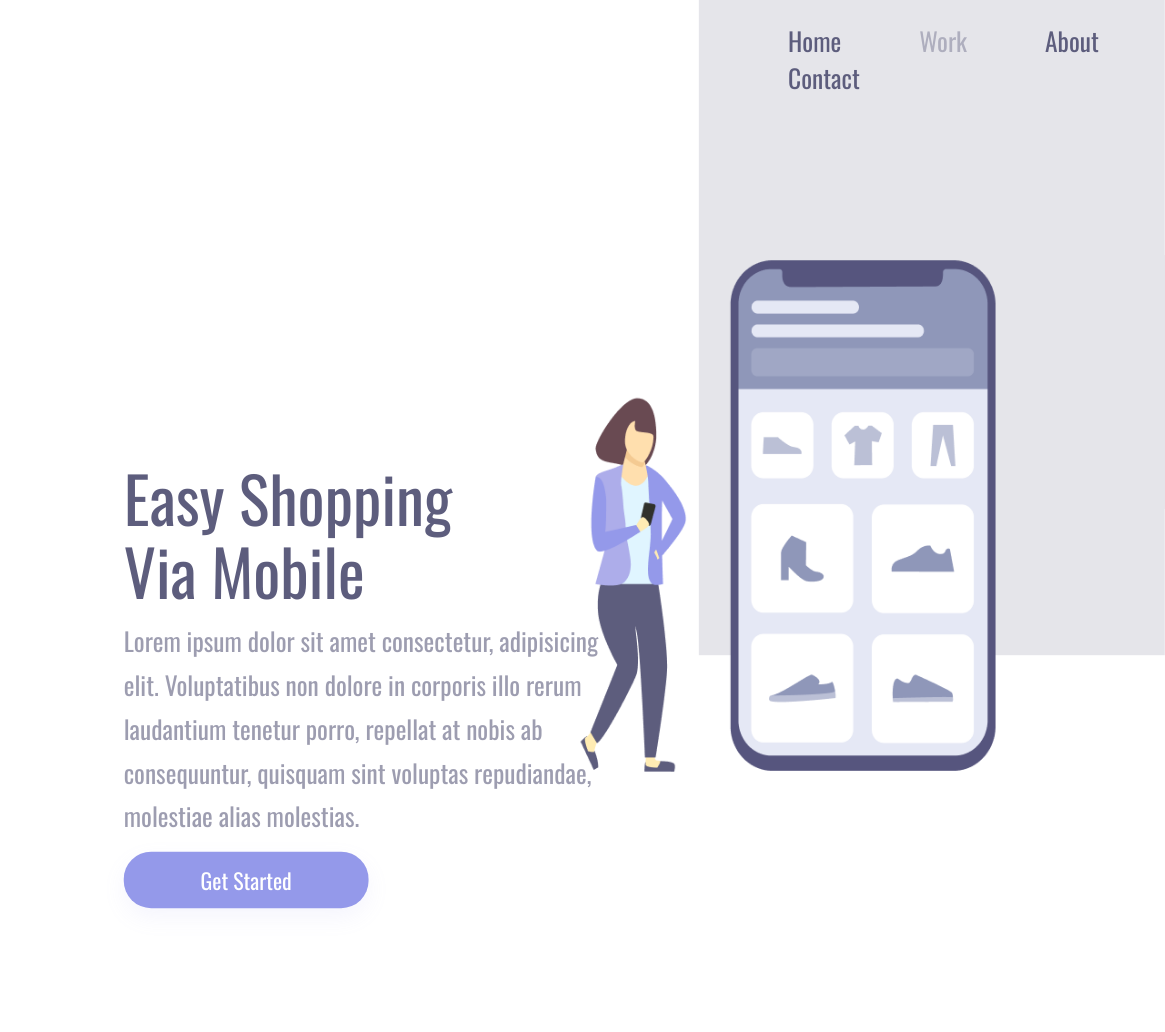
Repository: DihOliver/Projeto-Responsivo
Page: index.html
These files come from the project's save history. The page is drawn as it stood at one moment and after the next save; the edit follows.
The browser window is 1280 px wide. The pictures show the whole page, at 91% of full size.
Some web fonts or font styles are not loaded; a fallback is used.

Above is the page before, as saved 2023-06-06 23:11:21.

After the next save:
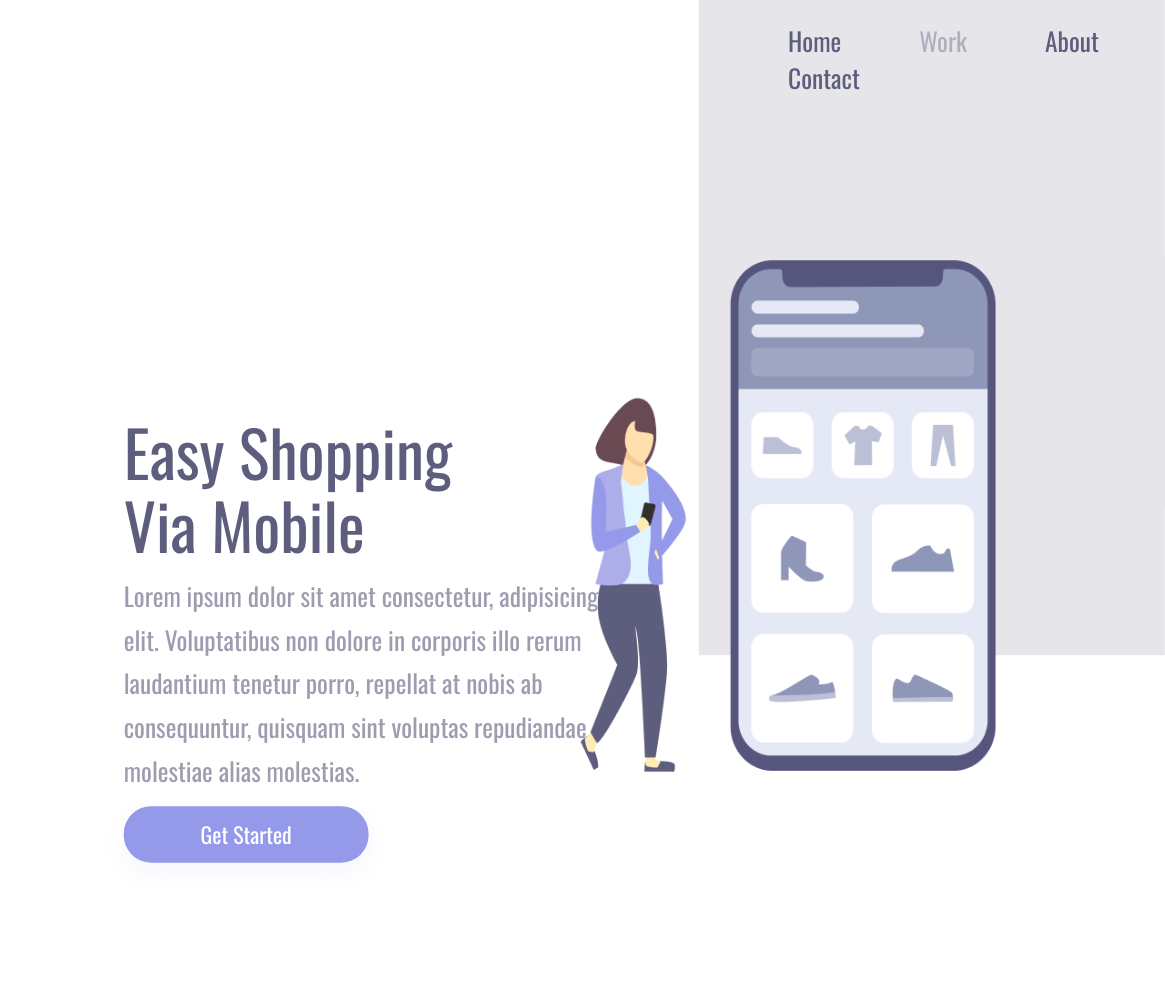
Saved 25 s later.
--- a/styles.css
+++ b/styles.css
@@ -42,7 +42,6 @@ h1 {
     width: 368px;
     height: 160px;
     width: 368px;
-    margin-top: 50px;
 
 }
 
